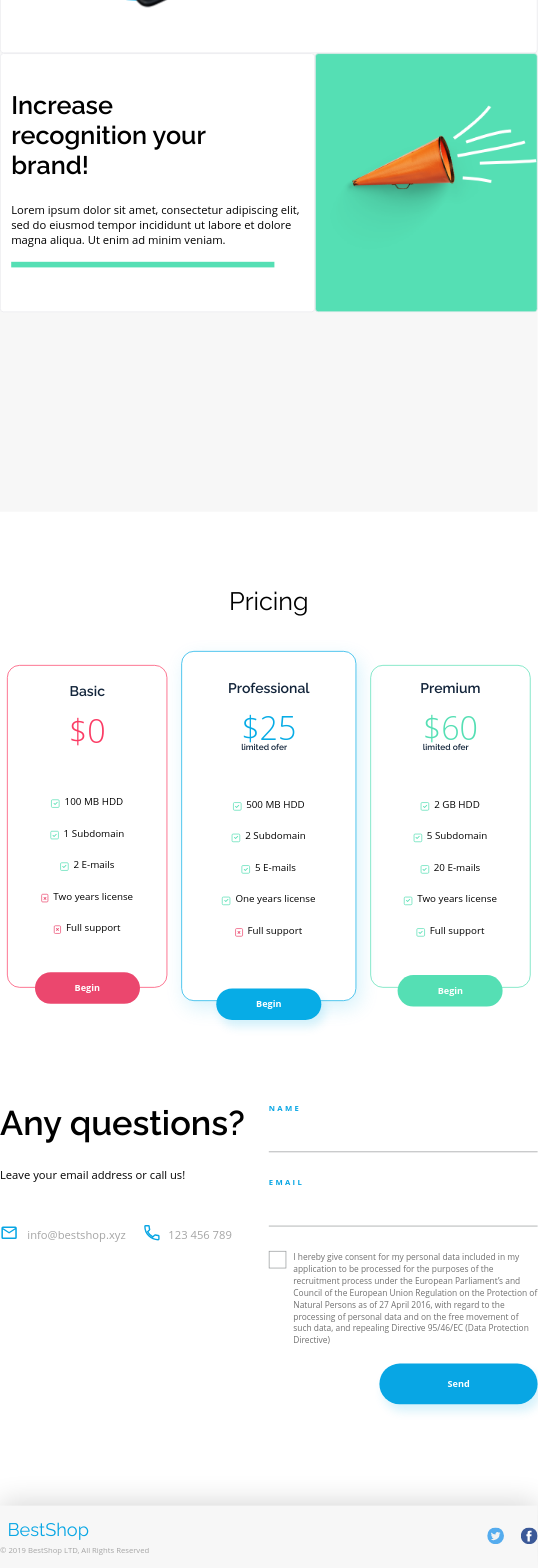
Repository: VolodymyrDubnytskyi/BestShop_project
Page: index.html
The author's editor kept a copy of each file at every save. The page is drawn from the files as they stood at one save, then again after the next save.
The browser window is 768 px wide. The pictures show the part of the page from y = 2030 to 4270 px (the page is 4270 px tall), at 70% of full size.
Some web libraries are served in a nearby version.

Above is the page before, as saved 2020-01-17 19:54:51.

After the next save:
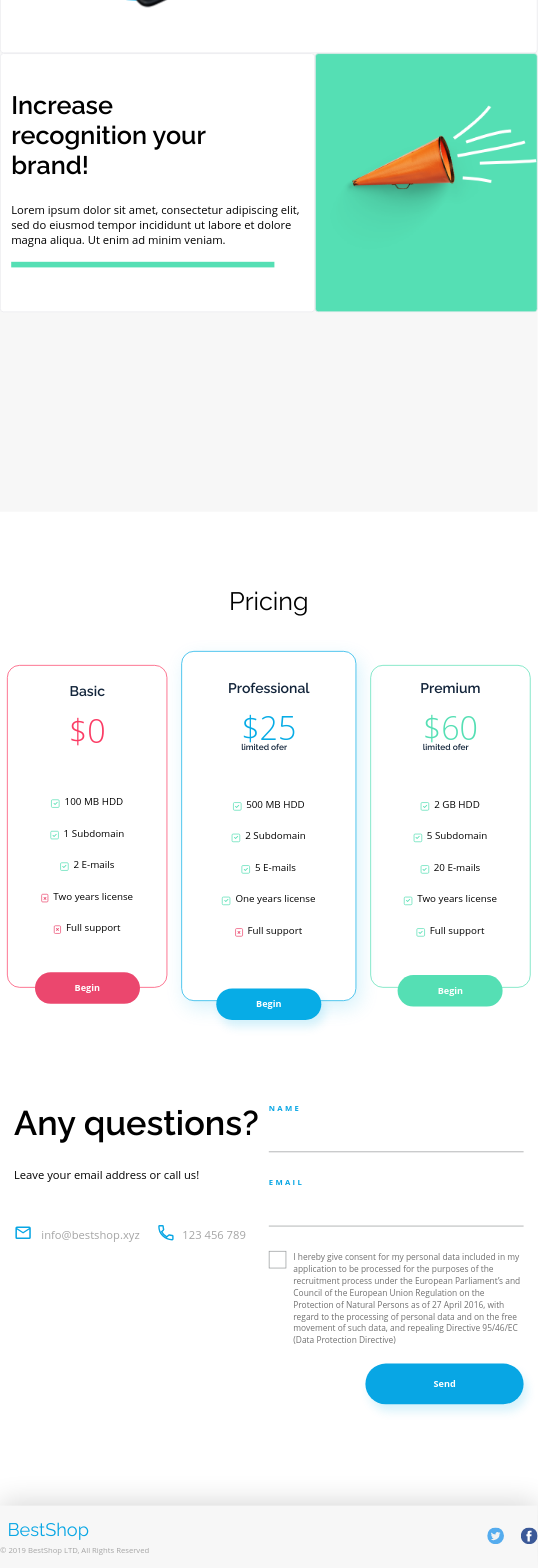
Saved 10 min 7 s later.
--- a/css/style.css
+++ b/css/style.css
@@ -897,6 +897,6 @@ background-color: #eb476d1d;
     margin-left: 15px;
   }
   .form-and-questions-box{
-    padding: px;
-  }
-}
+    padding: 0 20px;
+  }
+}
